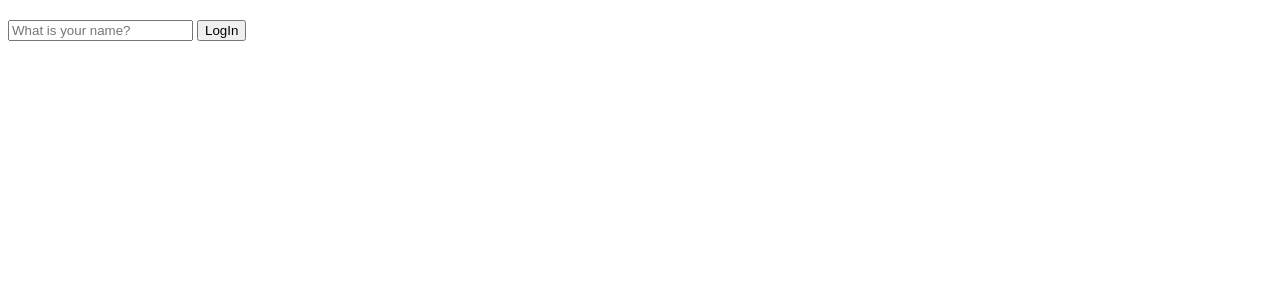
Repository: eunsuneun/js-momentum
Page: index.html
An editor plug-in stored every save of this project. The page is shown before and after a run of saves, followed by the edit.
The browser window is 1280 px wide. The pictures show the whole page.

Above is the page before, as saved 2021-09-01 16:22:58.
Console error: TypeError: date.getHours(...).padStart is not a function

### index.html
<!DOCTYPE html>
<html lang="en">

<head>
  <meta charset="UTF-8">
  <meta name="viewport" content="width=device-width, initial-scale=1.0">
  <link rel="stylesheet" href="./css/style.css">
  <script src="./js/greeting.js"></script>
  <script src="./js/clock.js"></script>
  <title>Momentum</title>
</head>
<h2 class="clock"></h2>
<form class="login-form hidden">
  <input type="text" placeholder="What is your name?">
  <button>LogIn</button>
</form>
<h1 class="greeting hidden"></h1>
<button class="logout hidden">LogOut</button>
<p class="alert-txt hidden"></p>

<body>

</body>

</html>

### js/greeting.js
document.addEventListener('DOMContentLoaded', () => {
  const $loginForm = document.querySelector('.login-form');
  const $loginInput = $loginForm.querySelector('input');
  const $greeting = document.querySelector('.greeting');
  const $alertTxt = document.querySelector('.alert-txt');
  const $logoutBtn = document.querySelector('.logout');
  const HIDDEN_CLASS = 'hidden';
  const USERNAME_KEY = 'userName';

  function onLogIn(event) {
    event.preventDefault();
    const userName = $loginInput.value;
    if (userName === '') {
      $alertTxt.innerText = 'Please write your name !';
      $alertTxt.classList.remove(HIDDEN_CLASS);
      return;
    }
    if (userName.length > 15) {
      $alertTxt.innerText = 'Your name is too long !';
      $alertTxt.classList.remove(HIDDEN_CLASS);
      return;
    }
    $loginForm.classList.add(HIDDEN_CLASS);
    $alertTxt.classList.add(HIDDEN_CLASS);
    localStorage.setItem(USERNAME_KEY, userName);
    greeting(userName);
  }
  function greeting(username) {
    $greeting.textContent = `Hello ${username}`;
    $greeting.classList.remove(HIDDEN_CLASS);
    $logoutBtn.classList.remove(HIDDEN_CLASS);
  }
  const savedUsername = localStorage.getItem(USERNAME_KEY);
  if (!savedUsername) {
    // show the form
    $loginForm.classList.remove(HIDDEN_CLASS);
    $loginForm.addEventListener('submit', onLogIn);
  } else {
    // show the greeting
    greeting(savedUsername);
  }
  function onLogOut() {
    localStorage.removeItem(USERNAME_KEY);
    $loginForm.classList.remove(HIDDEN_CLASS);
    $greeting.classList.add(HIDDEN_CLASS);
    $logoutBtn.classList.add(HIDDEN_CLASS);
    $loginInput.value = '';
    $loginInput.focus();
  }
  $logoutBtn.addEventListener('click', onLogOut);
});

### js/clock.js
document.addEventListener('DOMContentLoaded', () => {
  const $clock = document.querySelector('.clock');
  function getClock() {
    const date = new Date();
    const hours = date.getHours().padStart(2, '0');
    const minutes = date.getMinutes();
    const seconds = date.getSeconds();
    $clock.innerHTML = `${hours}:${minutes}:${seconds}`;
  }
  getClock();
  setInterval(getClock, 1000);
});

Loaded but not shown: css/style.css (common file)

After the next 2 saves:
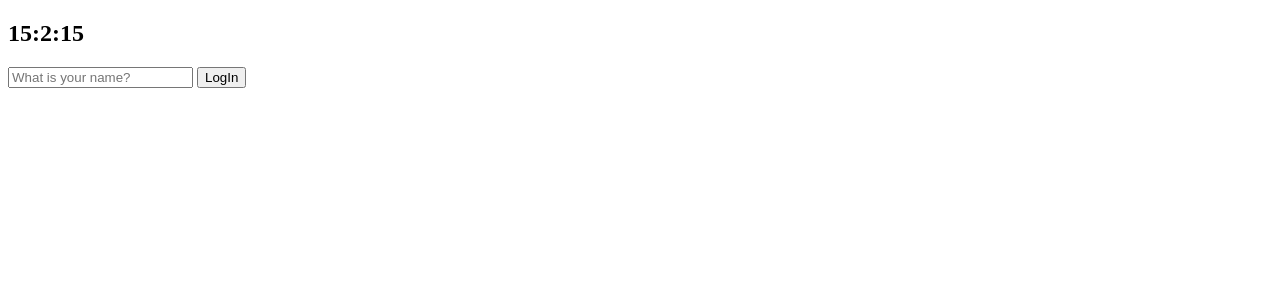
The error is gone.
The 2 saves are shown as one change because they came seconds apart.
The last was saved 55 s later.
--- a/js/clock.js
+++ b/js/clock.js
@@ -2,7 +2,7 @@ document.addEventListener('DOMContentLoaded', () => {
   const $clock = document.querySelector('.clock');
   function getClock() {
     const date = new Date();
-    const hours = date.getHours().padStart(2, '0');
+    const hours = String(date.getHours()).padStart(2, '0');
     const minutes = date.getMinutes();
     const seconds = date.getSeconds();
     $clock.innerHTML = `${hours}:${minutes}:${seconds}`;
